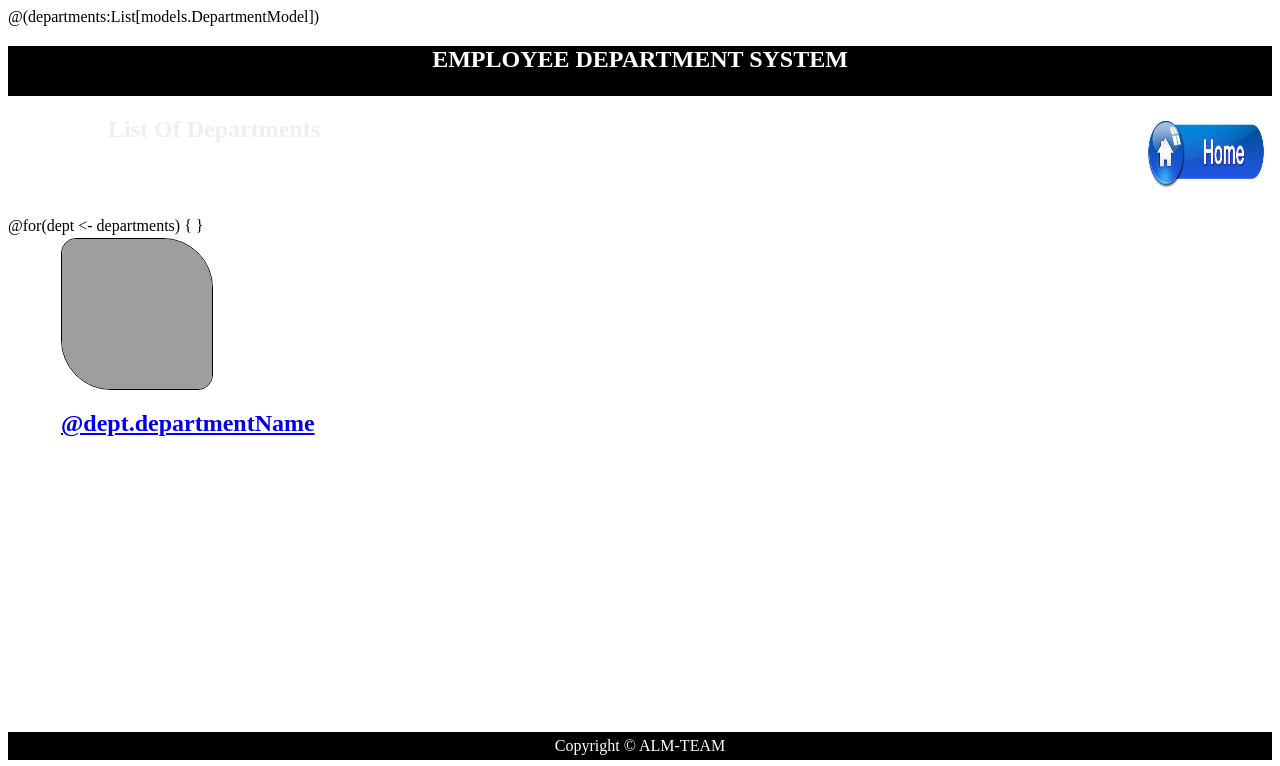
Repository: sumitkum200690/PLAY_SLICK
Page: Play_DB/app/views/allDepartmentPage.scala.html
These files come from the project's save history. The page is drawn as it stood at one moment and after the next save; the edit follows.
The browser window is 1280 px wide. The pictures show the whole page.
Pictures or frames that could not be fetched are drawn as grey boxes.

Above is the page before, as saved 2015-09-28 11:01:28.

After the next save:
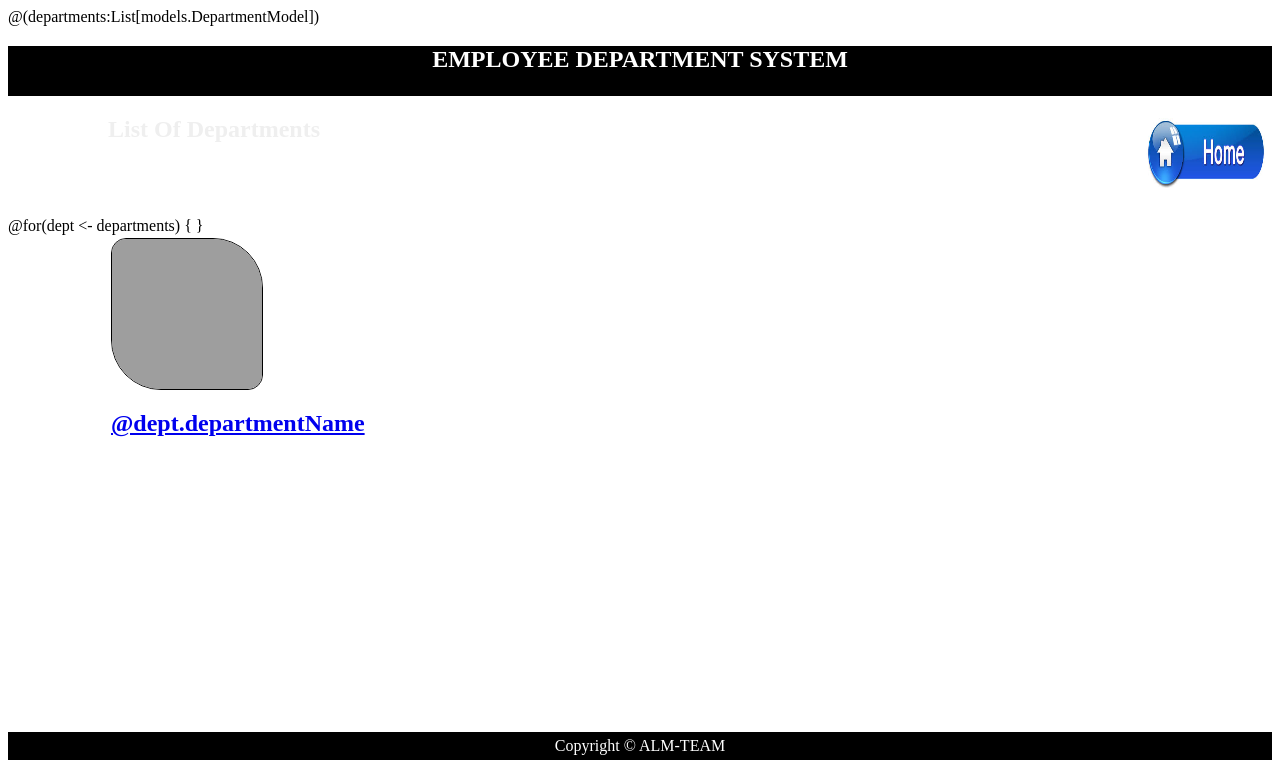
Saved 16 s later.
--- a/Play_DB/app/views/allDepartmentPage.scala.html
+++ b/Play_DB/app/views/allDepartmentPage.scala.html
@@ -116,7 +116,7 @@
 
 			<div id="list">
 				<h2 style="margin-left:100px; color: buttonshadow; ">List Of Departments</h2><br/><br/><br/>
-				<table style="margin-left:50px ">
+				<table style="margin-left:100px ">
   <tr>
  					 @for(dept <- departments) {
 
